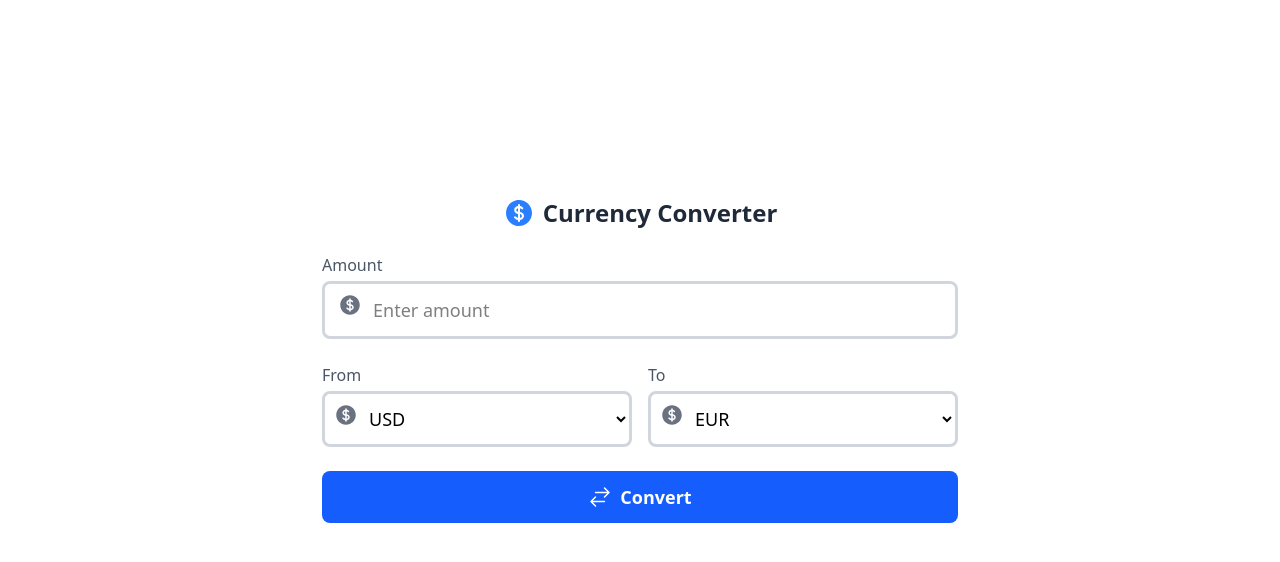
Repository: adrcstro/withcenter_developer_exam
Page: /
These files come from the project's save history. The page is drawn as it stood at one moment and after the next save; the edit follows.
The browser window is 1280 px wide. The pictures show the whole page.
The project was rebuilt for these pictures with package versions that can differ from the ones it lists, and the page was loaded fresh each time. Also part of the build but not shown: vite.config.ts.

Above is the page before, as saved 2025-03-16 20:02:53.

After the next save:
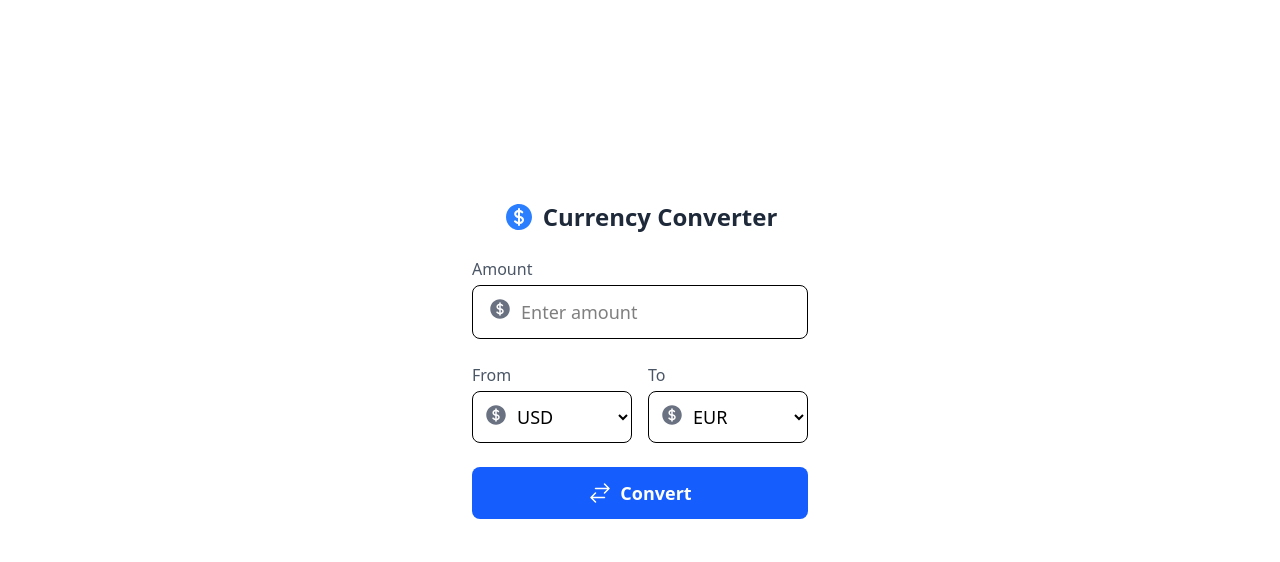
Saved 4 min 32 s later.
--- a/src/App.tsx
+++ b/src/App.tsx
@@ -18,7 +18,7 @@ function App() {
 
   return (
     <div className="flex items-center justify-center min-h-screen bg-white">
-      <div className="bg-white rounded-xl p-8 w-[700px]">
+      <div className="bg-white rounded-xl p-8 w-[400px]">
         <h2 className="text-2xl font-bold text-gray-800 text-center mb-6 flex items-center justify-center gap-2">
           <CurrencyDollarIcon className="w-8 h-8 text-blue-500" />
           Currency Converter
@@ -26,57 +26,57 @@ function App() {
 
         {/* Amount Input */}
         <div className="mb-6">
-  <label className="block text-gray-600 text-base font-medium">Amount</label>
-  <div className="relative">
-    <input
-      type="number"
-      value={amount}
-      onChange={(e) => setAmount(e.target.value)}
-      className="w-full mt-1 pl-12 pr-4 py-3 border-3 border-gray-300 rounded-lg text-lg focus:outline-none focus:ring-2 focus:ring-blue-400"
-      placeholder="Enter amount"
-    />
-    <CurrencyDollarIcon className="w-6 h-6 text-gray-500 absolute left-4 top-4" />
-  </div>
-</div>
+          <label className="block text-gray-600 text-base font-medium">Amount</label>
+          <div className="relative">
+            <input
+              type="number"
+              value={amount}
+              onChange={(e) => setAmount(e.target.value)}
+              className="w-full mt-1 pl-12 pr-4 py-3 border rounded-lg text-lg focus:outline-none focus:ring-2 focus:ring-blue-400"
+              placeholder="Enter amount"
+            />
+            <CurrencyDollarIcon className="w-6 h-6 text-gray-500 absolute left-4 top-4" />
+          </div>
+        </div>
 
-{/* Currency Selection */}
-<div className="flex gap-4 mb-6">
-  <div className="w-1/2">
-    <label className="block text-gray-600 text-base font-medium">From</label>
-    <div className="relative">
-      <select
-        value={fromCurrency}
-        onChange={(e) => setFromCurrency(e.target.value)}
-        className="w-full mt-1 pl-10 pr-4 py-3 border-3 border-gray-300 rounded-lg text-lg focus:outline-none focus:ring-2 focus:ring-blue-400"
-      >
-        {currencies.map((currency) => (
-          <option key={currency} value={currency}>
-            {currency}
-          </option>
-        ))}
-      </select>
-      <CurrencyDollarIcon className="w-6 h-6 text-gray-500 absolute left-3 top-4" />
-    </div>
-  </div>
+        {/* Currency Selection */}
+        <div className="flex gap-4 mb-6">
+          <div className="w-1/2">
+            <label className="block text-gray-600 text-base font-medium">From</label>
+            <div className="relative">
+              <select
+                value={fromCurrency}
+                onChange={(e) => setFromCurrency(e.target.value)}
+                className="w-full mt-1 pl-10 pr-4 py-3 border rounded-lg text-lg focus:outline-none focus:ring-2 focus:ring-blue-400"
+              >
+                {currencies.map((currency) => (
+                  <option key={currency} value={currency}>
+                    {currency}
+                  </option>
+                ))}
+              </select>
+              <CurrencyDollarIcon className="w-6 h-6 text-gray-500 absolute left-3 top-4" />
+            </div>
+          </div>
 
-  <div className="w-1/2">
-    <label className="block text-gray-600 text-base font-medium">To</label>
-    <div className="relative">
-      <select
-        value={toCurrency}
-        onChange={(e) => setToCurrency(e.target.value)}
-        className="w-full mt-1 pl-10 pr-4 py-3 border-3 border-gray-300 rounded-lg text-lg focus:outline-none focus:ring-2 focus:ring-blue-400"
-      >
-        {currencies.map((currency) => (
-          <option key={currency} value={currency}>
-            {currency}
-          </option>
-        ))}
-      </select>
-      <CurrencyDollarIcon className="w-6 h-6 text-gray-500 absolute left-3 top-4" />
-    </div>
-  </div>
-</div>
+          <div className="w-1/2">
+            <label className="block text-gray-600 text-base font-medium">To</label>
+            <div className="relative">
+              <select
+                value={toCurrency}
+                onChange={(e) => setToCurrency(e.target.value)}
+                className="w-full mt-1 pl-10 pr-4 py-3 border rounded-lg text-lg focus:outline-none focus:ring-2 focus:ring-blue-400"
+              >
+                {currencies.map((currency) => (
+                  <option key={currency} value={currency}>
+                    {currency}
+                  </option>
+                ))}
+              </select>
+              <CurrencyDollarIcon className="w-6 h-6 text-gray-500 absolute left-3 top-4" />
+            </div>
+          </div>
+        </div>
 
         {/* Convert Button */}
         <button
